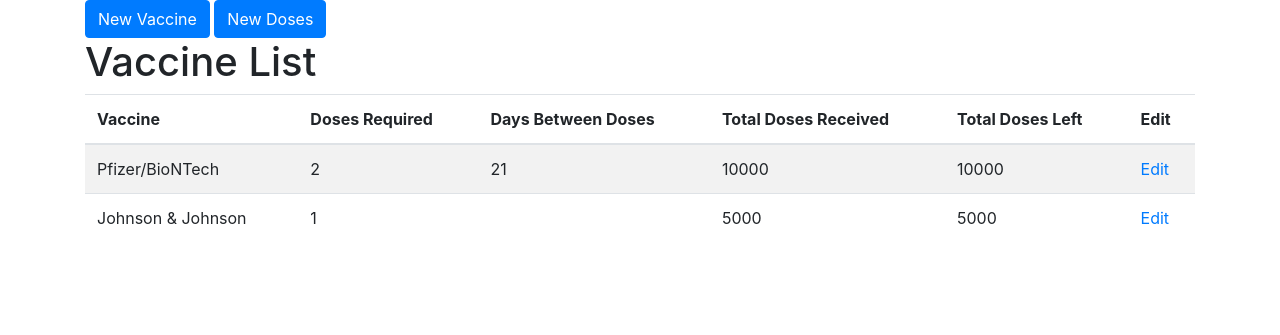
Repository: Thangtran1100/School-Stuff
Page: http://localhost/lab9/ListVaccine
These files come from the project's save history. The page is drawn as it stood at one moment and after the next save; the edit follows.
The browser window is 1280 px wide. The pictures show the whole page.
The page is served by Tomcat 9. Other server files are loaded and not shown.

Above is the page before, as saved 2023-03-27 21:22:11.

### Spring 2023/CS3220/Assignments/3220-Lab9-App/lab9/src/main/webapp/ListVaccine.jsp
<%@ page contentType="text/html;charset=UTF-8" %>
<%@ taglib prefix="c" uri="http://java.sun.com/jsp/jstl/core" %>
<!DOCTYPE html>
<html>
<head>
<meta charset="UTF-8">
<title>List Vaccine</title>
<link rel="stylesheet"
	href="https://maxcdn.bootstrapcdn.com/bootstrap/4.0.0/css/bootstrap.min.css">
</head>
<body>

	<div class="container">
		<a href="new-vaccine" class="btn btn-primary">New Vaccine</a> <a
			href="new-doses" class="btn btn-primary">New Doses</a>
		<h1>Vaccine List</h1>
		<table class="table table-striped">
			<thead>
				<tr>
					<th>Vaccine</th>
					<th>Doses Required</th>
					<th>Days Between Doses</th>
					<th>Total Doses Received</th>
					<th>Total Doses Left</th>
					<th>Edit</th>
				</tr>
			</thead>
			<tbody>
				<c:forEach var="entry" items="${entries}">
					<tr>
						<td>${entry.vaccine}</td>
						<td>${entry.doseRequired}</td>
						<td>${entry.daysBetweenDose}</td>
						<td>${entry.totalDoseReceived}</td>
						<td>${entry.totalDoseLeft}</td>
						<td><a href="edit?vaccine=${entry.id}">Edit</a></td>
					</tr>
				</c:forEach>
			</tbody>
		</table>

	</div>

</body>
</html>

### Spring 2023/CS3220/Assignments/3220-Lab9-App/lab9/src/main/java/lab9/servlet/ListVaccine.java
package lab9.servlet;

import java.io.IOException;
import java.util.ArrayList;
import java.util.List;

import javax.servlet.ServletConfig;
import javax.servlet.ServletException;
import javax.servlet.annotation.WebServlet;
import javax.servlet.http.HttpServlet;
import javax.servlet.http.HttpServletRequest;
import javax.servlet.http.HttpServletResponse;

import model.VaccineEntry;
import utilities.ServletUtilities;



/**
 * Servlet implementation class ListVaccine
 */
@WebServlet(urlPatterns = "/ListVaccine", loadOnStartup = 1)
public class ListVaccine extends HttpServlet {
	private static final long serialVersionUID = 1L;
	private List<VaccineEntry> entries;

    /**
     * @see HttpServlet#HttpServlet()
     */
    public ListVaccine() {
        super();
        // TODO Auto-generated constructor stub
    }

    public void init( ServletConfig config ) throws ServletException
    {
        super.init( config );

        entries = new ArrayList<VaccineEntry>();

        entries.add( new VaccineEntry( "Pfizer/BioNTech", "2", "21", "10000", "10000" ) );
        entries.add( new VaccineEntry( "Johnson & Johnson", "1", "" ,"5000", "5000" ) );

        getServletContext().setAttribute( "entries", entries );
    }


	/**
	 * @see HttpServlet#doGet(HttpServletRequest request, HttpServletResponse response)
	 */
	protected void doGet(HttpServletRequest request, HttpServletResponse response) throws ServletException, IOException {
		// TODO Auto-generated method stub

		request.setAttribute("entries", entries);
        request.getRequestDispatcher("ListVaccine.jsp").forward(request, response);

	}

	/**
	 * @see HttpServlet#doPost(HttpServletRequest request, HttpServletResponse response)
	 */
	protected void doPost(HttpServletRequest request, HttpServletResponse response) throws ServletException, IOException {
		// TODO Auto-generated method stub
		doGet(request, response);
	}

}

After the next save:
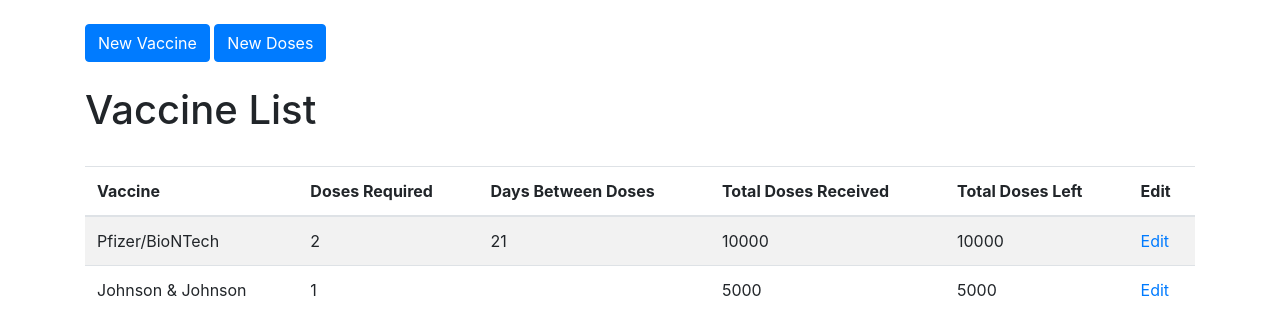
Saved 3 min 35 s later.
--- a/Spring 2023/CS3220/Assignments/3220-Lab9-App/lab9/src/main/webapp/ListVaccine.jsp
+++ b/Spring 2023/CS3220/Assignments/3220-Lab9-App/lab9/src/main/webapp/ListVaccine.jsp
@@ -11,9 +11,9 @@
 <body>
 
 	<div class="container">
-		<a href="new-vaccine" class="btn btn-primary">New Vaccine</a> <a
-			href="new-doses" class="btn btn-primary">New Doses</a>
-		<h1>Vaccine List</h1>
+		<br><a href="new-vaccine" class="btn btn-primary">New Vaccine</a> <a
+			href="new-doses" class="btn btn-primary">New Doses</a><br>
+		<br><h1>Vaccine List</h1><br>
 		<table class="table table-striped">
 			<thead>
 				<tr>
